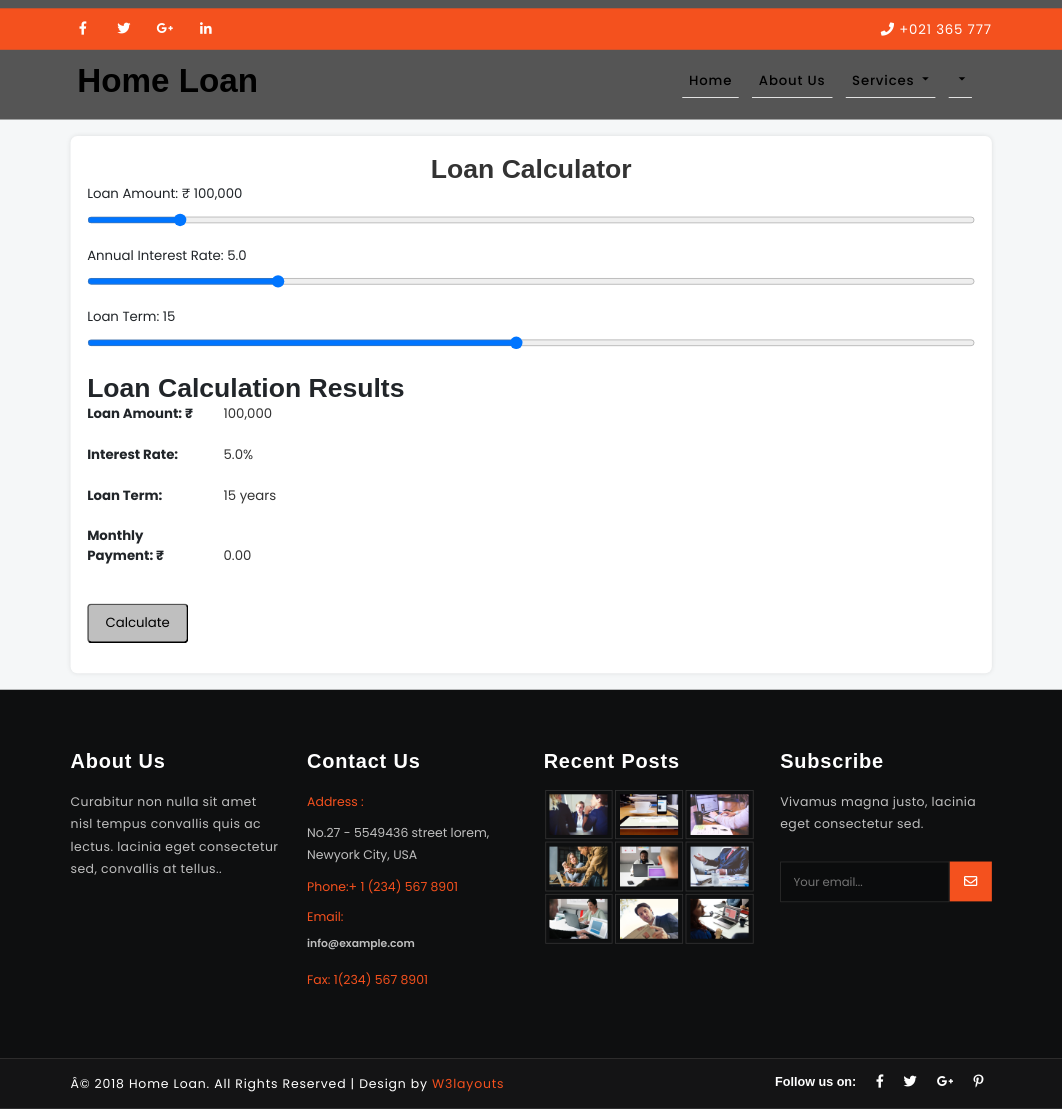
Repository: 72-faisal/Spring-MVC-project
Page: http://localhost/HomeLoan/WEB-INF/views/homeLoanEMI.jsp
The author's editor kept a copy of each file at every save. The page is drawn from the files as they stood at one save, then again after the next save.
The browser window is 1280 px wide. The pictures show the whole page, at 83% of full size.
Some web fonts or font styles are not loaded; a fallback is used. The page is served by Tomcat 9. Nobody is signed in. Other server files are loaded and not shown. The template is opened directly, without the code that normally fills it, so the values that code supplies are empty.

Above is the page before, as saved 2024-01-15 11:48:15.

### HomeLoan/src/main/webapp/WEB-INF/views/homeLoanEMI.jsp
<%@ page language="java" contentType="text/html; charset=ISO-8859-1"
	pageEncoding="ISO-8859-1"%>
<%@ page isELIgnored="false"%>
<!DOCTYPE html>
<html>
<head>
<meta charset="ISO-8859-1">
<title>Home Loan a Banking Category Flat Bootstrap Responsive
	Website Template | Services :: w3layouts</title>
<style>
/* Add your global styles here */
body {
	font-family: 'Poppins', sans-serif;
	margin: 0;
	padding: 0;
	background-color: #f5f5f5;
}

header {
	background-color: #555;
	color: #fff;
	padding: 10px 0;
}

.container {
	width: 80%;
	margin: auto;
}

/* Add more styles as needed */

/* Apply Online Section Styles */
.apply-online {
	background-color: #fff;
	padding: 20px;
	margin: 20px 0;
	border-radius: 8px;
	box-shadow: 0 0 6px rgba(0, 0, 0, 0.1);
}

.apply-online h2 span {
	color: #333;
}

.apply-online form {
	max-width: 600px;
	margin: auto;
}

.apply-online label {
	display: block;
	margin-bottom: 10px;
}

.apply-online input[type="range"] {
	width: 100%;
}

.apply-online button {
	background-color: #bfbfbf;
	color: #000;
	padding: 10px 20px;
	text-decoration: none;
	border-radius: 5px;
	display: inline-block;
	margin-top: 20px;
	cursor: pointer;
}
/* Add more styles as needed */

/* Result Section Styles */
#resultSection {
	margin-top: 20px;
}

.result-item {
	margin-bottom: 15px;
}

.result-item label {
	font-weight: bold;
	display: inline-block;
	width: 150px;
}

.result-item span {
	display: inline-block;
	color: #333;
	font-weight: normal;
	margin-left: 10px;
}

/* Add more styles as needed */
</style>
<!-- <style type="text/css">
/* Global Styles */
body {
	font-family: 'Poppins', sans-serif;
	margin: 0;
	padding: 0;
	background-color: #f5f5f5;
}

/* Header Styles */
/*   header {
        background-color: #333;
        color: #fff;
        padding: 10px 0;
    } */
.top {
	background-color: #555;
	padding: 5px 0;
}

.top-middle ul, .top-left ul {
	padding: 0;
	margin: 0;
	list-style: none;
}

.top-middle ul li, .top-left ul li {
	display: inline;
	margin-right: 10px;
}

/* Apply Online Section Styles */
.apply-online {
	/* background-color: #fff; */
	padding: 20px;
	margin: 20px 0;
	border-radius: 8px;
	box-shadow: 0 0 6px rgba(0, 0, 0, 0.1);
}

.apply-online h2 span {
	color: #333;
}

.apply-online ul {
	list-style: none;
	padding: 60px;
	margin: 0;
	text-align: center;
}

.apply-online ul li {
	display: inline-block;
	margin-right: 75px;
	vertical-align: top;
}

.apply-online ul li img {
	max-width: 100%;
}

.apply-online ul li p {
	margin: 5px 0;
}

.apply-online .apply-btn {
	background-color: #bfbfbf;
	color: #000;
	padding: 10px 20px;
	text-decoration: none;
	border-radius: 5px;
	display: inline-block;
	margin-top: 20px;
}

/* Footer Styles */
/*  footer {
        background-color: #f1f1f1;
        color: #fff;
        text-align: center;
        padding: 10px 0;
        margin-top: 20px;
    } */
</style> -->
<!-- Additional stylesheets -->
<title>Home Loan a Banking Category Flat Bootstrap Responsive
	Website Template | Services :: w3layouts</title>
<meta name="viewport" content="width=device-width, initial-scale=1">
<meta charset="utf-8">
<meta name="keywords"
	content="Home Loan Responsive web template, Bootstrap Web Templates, Flat Web Templates, Android Compatible web template,
SmartPhone Compatible web template, free WebDesigns for Nokia, Samsung, LG, SonyEricsson, Motorola web design" />
<script>
	addEventListener("load", function() {
		setTimeout(hideURLbar, 0);
	}, false);

	function hideURLbar() {
		window.scrollTo(0, 1);
	}
</script>

<!-- Bootstrap Core CSS -->
<link href="<%=request.getContextPath()%>/resources/css/bootstrap.css"
	rel='stylesheet' type='text/css' />
<link href="<%=request.getContextPath()%>/resources/css/style.css"
	rel='stylesheet' type='text/css' />
<!-- font-awesome icons -->
<link
	href="<%=request.getContextPath()%>/resources/css/fontawesome-all.min.css"
	rel="stylesheet">
<!-- //Custom Theme files -->
<!-- online fonts -->
<!-- titles -->
<link
	href="//fonts.googleapis.com/css?family=Raleway:300,400,500,600,700,800,900"
	rel="stylesheet">
<!-- body -->
<link
	href="//fonts.googleapis.com/css?family=Poppins:400,500,600,700,800"
	rel="stylesheet">


<script>
    document.addEventListener("DOMContentLoaded", function () {
        // Function to update the display value for loan amount
        function updateLoanAmount() {
            var loanAmount = document.getElementById("loanAmount");
            var loanAmountValue = document.getElementById("loanAmountValue");
            loanAmountValue.textContent = loanAmount.value.replace(/\B(?=(\d{3})+(?!\d))/g, ",");
        }

        // Function to update the display value for interest rate
        function updateInterestRate() {
            var interestRate = document.getElementById("interestRate");
            var interestRateValue = document.getElementById("interestRateValue");
            interestRateValue.textContent = interestRate.value + "%";
        }

        // Function to update the display value for loan term
        function updateLoanTerm() {
            var loanTerm = document.getElementById("loanTerm");
            var loanTermValue = document.getElementById("loanTermValue");
            loanTermValue.textContent = loanTerm.value + " years";
        }

        // Function to calculate loan and update results
        function calculateLoan() {
            var loanAmount = parseFloat(document.getElementById("loanAmount").value.replace(/,/g, ''));
            var interestRate = parseFloat(document.getElementById("interestRate").value);
            var loanTerm = parseInt(document.getElementById("loanTerm").value);

            var monthlyRate = interestRate / 100 / 12;
    		var numberOfPayments = loanTerm * 12;
            var monthlyPayment = (loanAmount * monthlyRate) / (1 - Math.pow(1 + monthlyRate, -numberOfPayments));

            document.getElementById("loanAmountResult").innerHTML = "Loan Amount: &#8377;" + loanAmount.toLocaleString();
            document.getElementById("interestRateResult").innerHTML = "Interest Rate: " + interestRate + "%";
            document.getElementById("loanTermResult").innerHTML = "Loan Term: " + loanTerm + " years";
            document.getElementById("monthlyPaymentResult").innerHTML = "Monthly Payment: &#8377;" + monthlyPayment.toFixed(2).toLocaleString();
        }

        // Attach event listeners to range sliders
        document.getElementById("loanAmount").addEventListener("input", updateLoanAmount);
        document.getElementById("interestRate").addEventListener("input", updateInterestRate);
        document.getElementById("loanTerm").addEventListener("input", updateLoanTerm);

        // Attach event listener to the Calculate button
        document.getElementById("calculateBtn").addEventListener("click", calculateLoan);
    });
</script>


</head>

<body>

	<!-- header -->
	<header>
		<div class="top">
			<div class="container">
				<div class="t-op row">
					<div class="col-sm-6 top-middle">
						<ul>
							<li><a href="#"><i class="fab fa-facebook-f"></i></a></li>
							<li><a href="#"><i class="fab fa-twitter"></i></a></li>
							<li><a href="#"><i class="fab fa-google-plus-g"></i></a></li>
							<li><a href="#"><i class="fab fa-linkedin-in"></i></a></li>
						</ul>
					</div>
					<div class="col-sm-6 top-left">
						<ul>
							<li><i class="fas fa-phone"></i> +021 365 777</li>
						</ul>
					</div>
				</div>
			</div>
		</div>
		<div class="container">
			<nav class="navbar navbar-expand-lg navbar-light">
				<h1>
					<a class="navbar-brand text-capitalize" href="index"> Home Loan
					</a>
				</h1>
				<button class="navbar-toggler" type="button" data-toggle="collapse"
					data-target="#navbarSupportedContent"
					aria-controls="navbarSupportedContent" aria-expanded="false"
					aria-label="Toggle navigation">
					<span class="navbar-toggler-icon"></span>
				</button>

				<div class="collapse navbar-collapse" id="navbarSupportedContent">
					<ul class="navbar-nav text-center  ml-lg-auto">
						<li class="nav-item mr-3"><a class="nav-link" href="index">Home
								<span class="sr-only">(current)</span>
						</a></li>
						<li class="nav-item  mr-3"><a class="nav-link" href="about">About
								Us</a></li>

						<li class="nav-item dropdown mr-3"><a
							class="nav-link dropdown-toggle" href="#" id="navbarDropdown"
							role="button" data-toggle="dropdown" aria-haspopup="true"
							aria-expanded="false"> Services </a>
							<div class="dropdown-menu" aria-labelledby="navbarDropdown">
								<a class="dropdown-item" href="LoanApplyOnline">Apply Online</a>
								<a class="dropdown-item" href="LoanApprovedProject">Approved
									Project</a> <a class="dropdown-item" href="LoanCalculator">Loan
									Calculator</a>
							</div></li>
						<li class="nav-item dropdown mr-3"><a
							class="nav-link dropdown-toggle" href="#" id="navbarDropdown"
							role="button" data-toggle="dropdown" aria-haspopup="true"
							aria-expanded="false"> ${user.name } </a>
							<div class="dropdown-menu" aria-labelledby="navbarDropdown">
								<a class="dropdown-item" href="UserProfile">Profile</a> <a
									class="dropdown-item" href="UserChangePassword">Change
									Password</a> <a class="dropdown-item" href="UserLogout">Logout</a>
							</div></li>
						<!-- 	<li class="nav-item">
							<a class="nav-link" href="contact">contact</a>
						</li> -->
					</ul>
				</div>
			</nav>
		</div>
	</header>
	<!-- //header -->

	<!-- Apply Online Section -->
	<div class="container">
		<form id="loanForm"
			action="${pageContext.request.contextPath}/HomeEMI" method="post"
			class="apply-online">
			<h2 style="text-align: center">
				<span>Loan Calculator</span>
			</h2>

			<div class="form-group">
				<label for="loanAmount">Loan Amount: &#8377; <span
					id="loanAmountValue">100,000</span></label> <input type="range"
					id="loanAmount" name="loanAmount" min="10000" max="10000000"
					step="1000" value="1000000">
			</div>


			<div class="form-group">
				<label for="interestRate">Annual Interest Rate: <span
					id="interestRateValue">5.0</span>
				</label> <input type="range" id="interestRate" name="interestRate" min="1"
					max="20" step="0.1" value="5.0">
			</div>

			<div class="form-group">
				<label for="loanTerm">Loan Term: <span id="loanTermValue">15</span>

				</label> <input type="range" id="loanTerm" name="loanTerm" min="1" max="30"
					step="1" value="15">
			</div>
			<div id="resultSection" style="margin-top: 20px;">
				<h2>Loan Calculation Results</h2>

				<div class="result-item">
					<label>Loan Amount:  &#8377;</label> <span id="loanAmountResult">100,000</span>
				</div>

				<div class="result-item">
					<label>Interest Rate:</label> <span id="interestRateResult">5.0%</span>
				</div>

				<div class="result-item">
					<label>Loan Term:</label> <span id="loanTermResult">15 years</span>
				</div>

				<div class="result-item">
					<label>Monthly Payment: &#8377;</label> <span id="monthlyPaymentResult">0.00</span>
				</div>
			</div>



			<div class="form-group">
				<button type="button" id="calculateBtn" onclick="calculateLoan()">Calculate</button>
			</div>
		</form>
	</div>

	<!-- <p>&nbsp;</p>
		<p>&nbsp;</p> -->
	<!-- <p class="txt-center" style="text-align: center;">
			<input type="submit" class="apply-btn" value="Apply Now">
		</p> -->
	<!-- </div>
	</form> -->
	<!--footer-->
	<footer>
		<div class="container py-md-4 mt-md-3">
			<div class="row footer-top-w3layouts-agile py-5">
				<div class="col-lg-3 col-md-6 col-sm-6 footer-grid">
					<div class="footer-title">
						<h3>About Us</h3>
					</div>
					<div class="footer-text">
						<p>Curabitur non nulla sit amet nisl tempus convallis quis ac
							lectus. lacinia eget consectetur sed, convallis at tellus..</p>

					</div>
				</div>
				<div class="col-lg-3 col-md-6 col-sm-6 footer-grid">
					<div class="footer-title">
						<h3>Contact Us</h3>
					</div>
					<div class="footer-office-hour">
						<ul>
							<li class="hd">Address :</li>
							<li>No.27 - 5549436 street lorem, Newyork City, USA</li>

						</ul>
						<ul>
							<li class="hd">Phone:+ 1 (234) 567 8901</li>
							<li class="hd">Email: <a href="mailto:info@example.com">info@example.com</a>
							</li>
							<li class="hd">Fax: 1(234) 567 8901</li>
						</ul>
					</div>
				</div>
				<div class="col-lg-3 col-md-6 col-sm-6 footer-grid">
					<div class="footer-title">
						<h3>Recent Posts</h3>
					</div>
					<div class="footer-list">
						<div class="flickr-grid">
							<a href="#" data-toggle="modal" data-target="#myModal"> <img
								src="<%=request.getContextPath()%>/resources/images/g1.jpg"
								class="img-fluid" alt=" ">
							</a>
						</div>
						<div class="flickr-grid">
							<a href="#" data-toggle="modal" data-target="#myModal"> <img
								src="<%=request.getContextPath()%>/resources/images/g2.jpg"
								class="img-fluid" alt=" ">
							</a>
						</div>
						<div class="flickr-grid">
							<a href="#" data-toggle="modal" data-target="#myModal"> <img
								src="<%=request.getContextPath()%>/resources/images/g3.jpg"
								class="img-fluid" alt=" ">
							</a>
						</div>
						<div class="flickr-grid">
							<a href="#" data-toggle="modal" data-target="#myModal"> <img
								src="<%=request.getContextPath()%>/resources/images/g4.jpg"
								class="img-fluid" alt=" ">
							</a>
						</div>
						<div class="flickr-grid">
							<a href="#" data-toggle="modal" data-target="#myModal"> <img
								src="<%=request.getContextPath()%>/resources/images/g5.jpg"
								class="img-fluid" alt=" ">
							</a>
						</div>
						<div class="flickr-grid">
							<a href="#" data-toggle="modal" data-target="#myModal"> <img
								src="<%=request.getContextPath()%>/resources/images/g6.jpg"
								class="img-fluid" alt=" ">
							</a>
						</div>
						<div class="flickr-grid">
							<a href="#" data-toggle="modal" data-target="#myModal"> <img
								src="<%=request.getContextPath()%>/resources/images/g7.jpg"
								class="img-fluid" alt=" ">
							</a>
						</div>
						<div class="flickr-grid">
							<a href="#" data-toggle="modal" data-target="#myModal"> <img
								src="<%=request.getContextPath()%>/resources/images/g9.jpg"
								class="img-fluid" alt=" ">
							</a>
						</div>
						<div class="flickr-grid">
							<a href="#" data-toggle="modal" data-target="#myModal"> <img
								src="<%=request.getContextPath()%>/resources/images/g8.jpg"
								class="img-fluid" alt=" ">
							</a>
						</div>
						<div class="clearfix"></div>
					</div>
				</div>
				<div class="col-lg-3 col-md-6 col-sm-6 footer-grid">
					<div class="footer-title">
						<h3>Subscribe</h3>
					</div>
					<p>Vivamus magna justo, lacinia eget consectetur sed.</p>
					<form action="#" method="post" class="newsletter">
						<input class="email" type="email" placeholder="Your email..."
							required="">
						<button class="btn1">
							<i class="far fa-envelope"></i>
						</button>
					</form>
					<div class="clearfix"></div>
				</div>
			</div>
		</div>
	</footer>
	<!---->
	<div class="copyright py-3">
		<div class="container">
			<div class="copyrighttop">
				<ul>
					<li>
						<h4>Follow us on:</h4>
					</li>
					<li><a class="facebook" href="#"> <i
							class="fab fa-facebook-f"></i>
					</a></li>
					<li><a class="facebook" href="#"> <i
							class="fab fa-twitter"></i>
					</a></li>
					<li><a class="facebook" href="#"> <i
							class="fab fa-google-plus-g"></i>
					</a></li>
					<li><a class="facebook" href="#"> <i
							class="fab fa-pinterest-p"></i>
					</a></li>
				</ul>
			</div>
			<div class="copyrightbottom">
				<p>
					© 2018 Home Loan. All Rights Reserved | Design by <a
						href="http://w3layouts.com/">W3layouts</a>
				</p>
			</div>
			<div class="clearfix"></div>
		</div>
	</div>
	<!-- Modal -->
	<div class="modal fade" id="myModal" tabindex="-1" role="dialog"
		aria-labelledby="exampleModalCenterTitle" aria-hidden="true">
		<div class="modal-dialog modal-dialog-centered" role="document">
			<div class="modal-content">
				<div class="modal-header">
					<h4 class="modal-title">Home Loan</h4>
					<button type="button" class="close" data-dismiss="modal"
						aria-label="Close">
						<span aria-hidden="true">&times;</span>
					</button>
				</div>
				<div class="modal-body">
					<div class="agileits-w3layouts-info">
						<img src="<%=request.getContextPath()%>/resources/images/g6.jpg"
							class="img-fluid" alt="" />
						<p>Duis venenatis, turpis eu bibendum porttitor, sapien quam
							ultricies tellus, ac rhoncus risus odio eget nunc. Pellentesque
							ac fermentum diam. Integer eu facilisis nunc, a iaculis felis.
							Pellentesque pellentesque tempor enim, in dapibus turpis
							porttitor quis.</p>
					</div>
				</div>
				<div class="modal-footer">
					<button type="button" class="btn btn-secondary"
						data-dismiss="modal">Close</button>
					<button type="button" class="btn btn-primary">Save changes</button>
				</div>
			</div>
		</div>
	</div>
	<!-- //Modal -->
	<!-- js-->
	<script
		src="<%=request.getContextPath()%>/resources/js/jquery-2.2.3.min.js"></script>
	<!-- js-->
	<!-- Bootstrap Core JavaScript -->
	<script src="<%=request.getContextPath()%>/resources/js/bootstrap.js ">

	</script>
	<!-- //Bootstrap Core JavaScript -->

</body>
</html>

Loaded but not shown: HomeLoan/src/main/webapp/WEB-INF/resources/assets/css/bootstrap.css (library); HomeLoan/src/main/webapp/WEB-INF/resources/assets/css/fontawesome-all.min.css (library); HomeLoan/src/main/webapp/WEB-INF/resources/assets/js/jquery-2.2.3.min.js (library); HomeLoan/src/main/webapp/WEB-INF/resources/assets/js/bootstrap.js (library); HomeLoan/src/main/webapp/WEB-INF/resources/assets/css/style.css (2094 lines, source omitted)

After the next save:
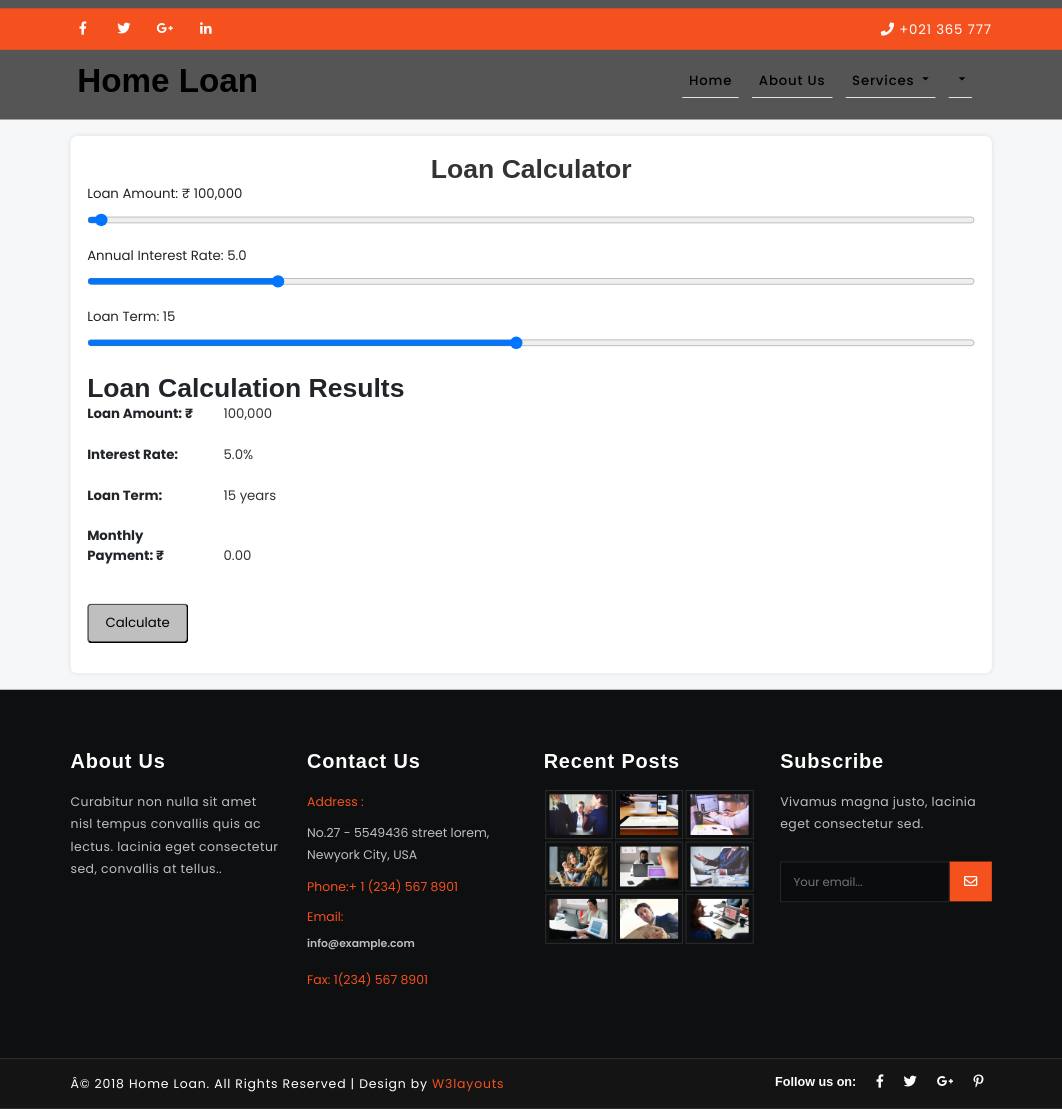
Saved 79 s later.
--- a/HomeLoan/src/main/webapp/WEB-INF/views/homeLoanEMI.jsp
+++ b/HomeLoan/src/main/webapp/WEB-INF/views/homeLoanEMI.jsp
@@ -353,7 +353,7 @@
 				<label for="loanAmount">Loan Amount: &#8377; <span
 					id="loanAmountValue">100,000</span></label> <input type="range"
 					id="loanAmount" name="loanAmount" min="10000" max="10000000"
-					step="1000" value="1000000">
+					step="1000" value="100000">
 			</div>
 
 
